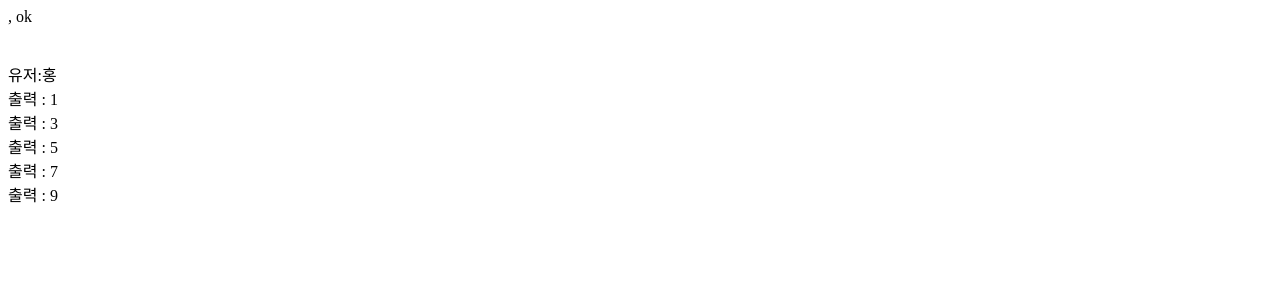
Repository: wonsungjin/Kosta
Page: http://localhost/web_prj/JstlServlet
These files come from the project's save history. The page is drawn as it stood at one moment and after the next save; the edit follows.
The browser window is 1280 px wide. The pictures show the whole page.
The page is served by Tomcat 9. Other server files are loaded and not shown.

Above is the page before, as saved 2024-05-30 04:37:12.

### web_prj/src/main/webapp/lec_jstl.jsp
<%@ page language="java" contentType="text/html; charset=UTF-8"
    pageEncoding="UTF-8"%>
<%@taglib uri="http://java.sun.com/jsp/jstl/core" prefix="c"%>
<%@taglib uri="http://java.sun.com/jsp/jstl/fmt"  prefix="fmt"%>

<%@ page import="com.kosta.sample.board.BoardVO" %>
<%@ page import="java.util.ArrayList" %>
<%@ page import="java.util.HashMap" %>


<!DOCTYPE html>
<html>
<head>
<meta charset="UTF-8">
<title>Insert title here</title>
<script src="https://code.jquery.com/jquery-3.7.1.js"></script>
<script> $(function() { }); </script>
</head>
<body>
<!--
 EL(Expression Language) :  JSP 사용하는 스크립트릿(<% %>) 문법을 쉽게 하는 언어  $ { }
 JSTL(JSP Standard Tag Library) : JSP 표준라이브러리

  - JSP 내장객체 SCOPE : page > request > session > application
  - EL  내장객체 SCOPE : pageScope > requestScope > sessionScope > applicationScope
-->


<!--
//서블릿 코드
BoardVO bvo  = new BoardVO();
bvo.setRegid("kim");
bvo.setTitle("이건제목");
request.setAttribute("KEY_BOARDVO", bvo);
-->
<%
//BoardVO bvo = (BoardVO)request.getAttribute("KEY_BOARDVO");
//out.println(bvo.getRegid() + ","  + bvo.getTitle());
%>
<!-- ${requestScope.KEY_BOARDVO.regid} -->



<!--
//서블릿 코드
ArrayList<BoardVO> list = new ArrayList<BoardVO>();
BoardVO bvo  = new BoardVO();
bvo.setRegid("kim");
bvo.setTitle("이건제목");
list.add(bvo);
bvo  = new BoardVO();
bvo.setRegid("kim2");
bvo.setTitle("이건제목2");
list.add(bvo);
request.setAttribute("KEY_LISTVO", list);
-->

<%
//ArrayList<BoardVO> list = (ArrayList<BoardVO>)request.getAttribute("KEY_LISTVO");
//for(BoardVO bvo : list) {
//	out.println(bvo.getTitle() + "," + bvo.getRegid() + "<br>");
//}
%>
<!--
${requestScope.KEY_LISTVO[0]["regid"]}, ${requestScope.KEY_LISTVO[0]["title"]}<br>
${requestScope.KEY_LISTVO[1]["regid"]}, ${requestScope.KEY_LISTVO[1]["title"]}<br>
-->


<!--
//서블릿 코드
HashMap<String, BoardVO> map = new HashMap<String, BoardVO>();
BoardVO bvo  = new BoardVO();
bvo.setRegid("kim");
bvo.setTitle("이건제목");
map.put("map_key", bvo);
request.setAttribute("KEY_MAPVO", map);
-->
<%
//HashMap<String, BoardVO> map = (HashMap<String, BoardVO>)request.getAttribute("KEY_MAPVO");
//out.println(map.get("map_key").getRegid() + "," + map.get("map_key").getTitle());
%>
<!-- ${requestScope.KEY_MAPVO.map_key.regid} , ${KEY_MAPVO.map_key.title} -->


<!--
//서블릿 코드
HttpSession session = request.getSession();
session.setAttribute("SESS_ID", "kim");
session.setAttribute("SESS_GRADE", "gold");
-->
<%
//String uid = (String)session.getAttribute("SESS_ID");
//out.print(uid);
%>
<!--  ${sessionScope.SESS_ID}  -->


<!--
//서블릿 코드
Cookie ck1 = new Cookie("MY_COOKIE_UID", "lee");
Cookie ck2 = new Cookie("MY_COOKIE_GRADE", "hong");
ck1.setMaxAge(100);
ck2.setMaxAge(100);
response.addCookie(ck1);
response.addCookie(ck2);
-->

<%
// 요청으로부터 모든 쿠키를 가져옵니다.
Cookie[] cookies = request.getCookies();
if (cookies != null) {
    for (Cookie cookie : cookies) {
        out.println(cookie.getName() + "," + cookie.getValue() + "<br>");
    }
}
%>
${cookie.MY_COOKIE_UID.name}, ${cookie.MY_COOKIE_UID.value}


<!-- JSTL :   if  forEach   -->
<%
String cval = "lee";
int num = 10;
if (cval.equals("lee") && num==10) {
	out.println("ok");
} else {
	out.println("fail");
}
%>
<br>

<c:if test="${cookie.MY_COOKIE_UID.value == 'lee'}">
	ok lee
</c:if><br>

<c:if test="${cookie.MY_COOKIE_UID.value eq 'lee'}">
	ok lee
</c:if><br>

<c:set value="hong" var="userid"/>
<c:choose>
       <c:when test="${userid == 'hong'}">
            유저:홍
       </c:when>
       <c:when test="${userid == 'admin'}">
           어드민
       </c:when>
       <c:otherwise>
           손님
       </c:otherwise>
   </c:choose>
   <br>
<c:forEach var="i" begin="1" end="10" step ="2" >
출력 : ${i}
<br>
</c:forEach>






</body>
</html>

### web_prj/src/main/java/com/kosta/sample/jstl/JstlServlet.java
package com.kosta.sample.jstl;

import java.io.IOException;
import java.util.ArrayList;
import java.util.HashMap;

import javax.servlet.RequestDispatcher;
import javax.servlet.ServletException;
import javax.servlet.annotation.WebServlet;
import javax.servlet.http.Cookie;
import javax.servlet.http.HttpServlet;
import javax.servlet.http.HttpServletRequest;
import javax.servlet.http.HttpServletResponse;
import javax.servlet.http.HttpSession;

import com.kosta.sample.board.BoardVO;

/**
 * Servlet implementation class JstlServlet
 */
@WebServlet("/JstlServlet")
public class JstlServlet extends HttpServlet {
	private static final long serialVersionUID = 1L;

    public JstlServlet() {
        super();
    }

	protected void doGet(HttpServletRequest request, HttpServletResponse response) throws ServletException, IOException {
		request.setCharacterEncoding("UTF-8");
		response.setContentType("text/html;charset=UTF-8");

		ArrayList<BoardVO> list = new ArrayList<BoardVO>();

		BoardVO bvo  = new BoardVO();
		bvo.setRegid("kim");
		bvo.setTitle("이건제목");
		list.add(bvo);

		bvo  = new BoardVO();
		bvo.setRegid("kim2");
		bvo.setTitle("이건제목2");
		list.add(bvo);
		request.setAttribute("KEY_LISTVO", list);

//		HashMap<String, BoardVO> map = new HashMap<String, BoardVO>();
//		BoardVO bvo  = new BoardVO();
//		bvo.setRegid("kim33");
//		bvo.setTitle("이건제목33");
//		map.put("map_key", bvo);
//		request.setAttribute("KEY_MAPVO", map);

//		HttpSession session = request.getSession();
//		session.setAttribute("SESS_ID", "kim");
//		session.setAttribute("SESS_GRADE", "gold");


//		Cookie ck = new Cookie("MY_COOKIE_UID", "lee");
//		ck.setMaxAge(100);
//		response.addCookie(ck);


		RequestDispatcher rd = request.getRequestDispatcher("lec_jstl.jsp");
		rd.forward(request, response);
	}
}

### web_prj/src/main/java/com/kosta/sample/board/VO.java
package com.kosta.sample.board;

public class VO {

}

### web_prj/src/main/java/com/kosta/sample/board/BoardVO.java
package com.kosta.sample.board;

import java.util.List;

public class BoardVO extends VO {

	int SEQ;
	String title;
	String contents;
	String regid;
	String regdate;
	List<ReplyVO> replies;
	public List<ReplyVO> getReplies() {
		return replies;
	}
	public void setReplies(List<ReplyVO> replies) {
		this.replies = replies;
	}
	public int getSeq() {
		return SEQ;
	}
	public void setSeq(int sEQ) {
		SEQ = sEQ;
	}
	public String getTitle() {
		return title;
	}
	public void setTitle(String tITLE) {
		title = tITLE;
	}
	public String getContents() {
		return contents;
	}
	public void setContents(String cONTENTS) {
		contents = cONTENTS;
	}
	public String getRegid() {
		return regid;
	}
	public void setRegid(String rEGID) {
		regid = rEGID;
	}
	public String getRegdate() {
		return regdate;
	}
	public void setRegdate(String rEGDATE) {
		regdate = rEGDATE;
	}
	public BoardVO(String cONTENTS, String tITLE, int sEQ, String rEGID, String rEGDATE) {
		SEQ = sEQ;
		title = tITLE;
		contents = cONTENTS;
		regid = rEGID;
		regdate = rEGDATE;
	}
	public BoardVO( String tITLE, int sEQ, String rEGID, String rEGDATE) {
		SEQ = sEQ;
		title = tITLE;
		regid = rEGID;
		regdate = rEGDATE;
	}
	public BoardVO() {
	}
}
//String CREATED;
//String LAST_DDL_TIME;
//String SEQUENCE_OWNER;
//String SEQUENCE_NAME;
//int MIN_VALUE;
//int MAX_VALUE;
//int INCREMENT_BY;
//String CYCLE_FLAG;
//String ORDER_FLAG;
//int CACHE_SIZE;
//int LAST_NUMBER;

### web_prj/src/main/java/com/kosta/sample/board/ReplyVO.java
package com.kosta.sample.board;

public class ReplyVO {
	private int rseq;  //PK
	private String reply;
	private String regid;
	private String regdate;
	private int seq ;   //FK

	public ReplyVO() {}


	public ReplyVO(int rseq, String reply, String regid, String regdate, int seq) {
		this.rseq = rseq;
		this.reply = reply;
		this.regid = regid;
		this.regdate = regdate;
		this.seq = seq;
	}



	public int getRseq() {
		return rseq;
	}

	public String getReply() {
		return reply;
	}

	public String getRegid() {
		return regid;
	}

	public String getRegdate() {
		return regdate;
	}

	public int getSeq() {
		return seq;
	}

	public void setRseq(int rseq) {
		this.rseq = rseq;
	}

	public void setReply(String reply) {
		this.reply = reply;
	}

	public void setRegid(String regid) {
		this.regid = regid;
	}

	public void setRegdate(String regdate) {
		this.regdate = regdate;
	}

	public void setSeq(int seq) {
		this.seq = seq;
	}

	@Override
	public String toString() {
		return "ReplyVO [rseq=" + rseq + ", reply=" + reply + ", regid=" + regid + ", regdate=" + regdate + ", seq="
				+ seq + "]";
	}



}

After the next save:
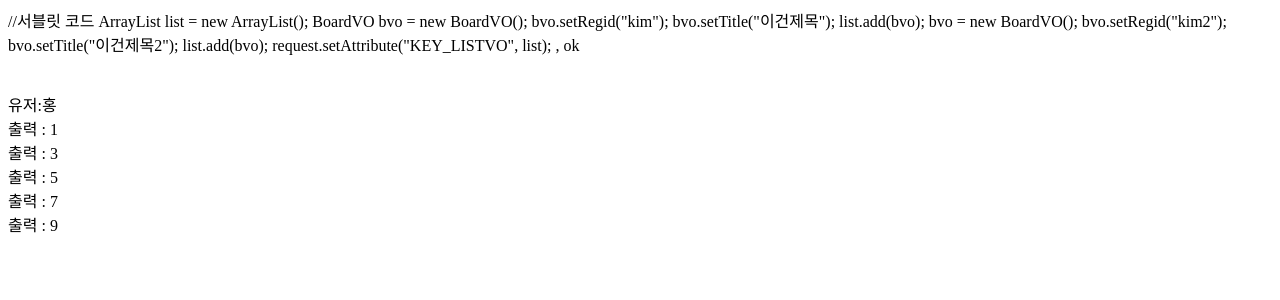
Saved 3 min 43 s later.
--- a/web_prj/src/main/webapp/lec_jstl.jsp
+++ b/web_prj/src/main/webapp/lec_jstl.jsp
@@ -41,7 +41,7 @@ request.setAttribute("KEY_BOARDVO", bvo);
 
 
 
-<!--
+
 //서블릿 코드
 ArrayList<BoardVO> list = new ArrayList<BoardVO>();
 BoardVO bvo  = new BoardVO();
@@ -53,7 +53,7 @@ bvo.setRegid("kim2");
 bvo.setTitle("이건제목2");
 list.add(bvo);
 request.setAttribute("KEY_LISTVO", list);
--->
+
 
 <%
 //ArrayList<BoardVO> list = (ArrayList<BoardVO>)request.getAttribute("KEY_LISTVO");
